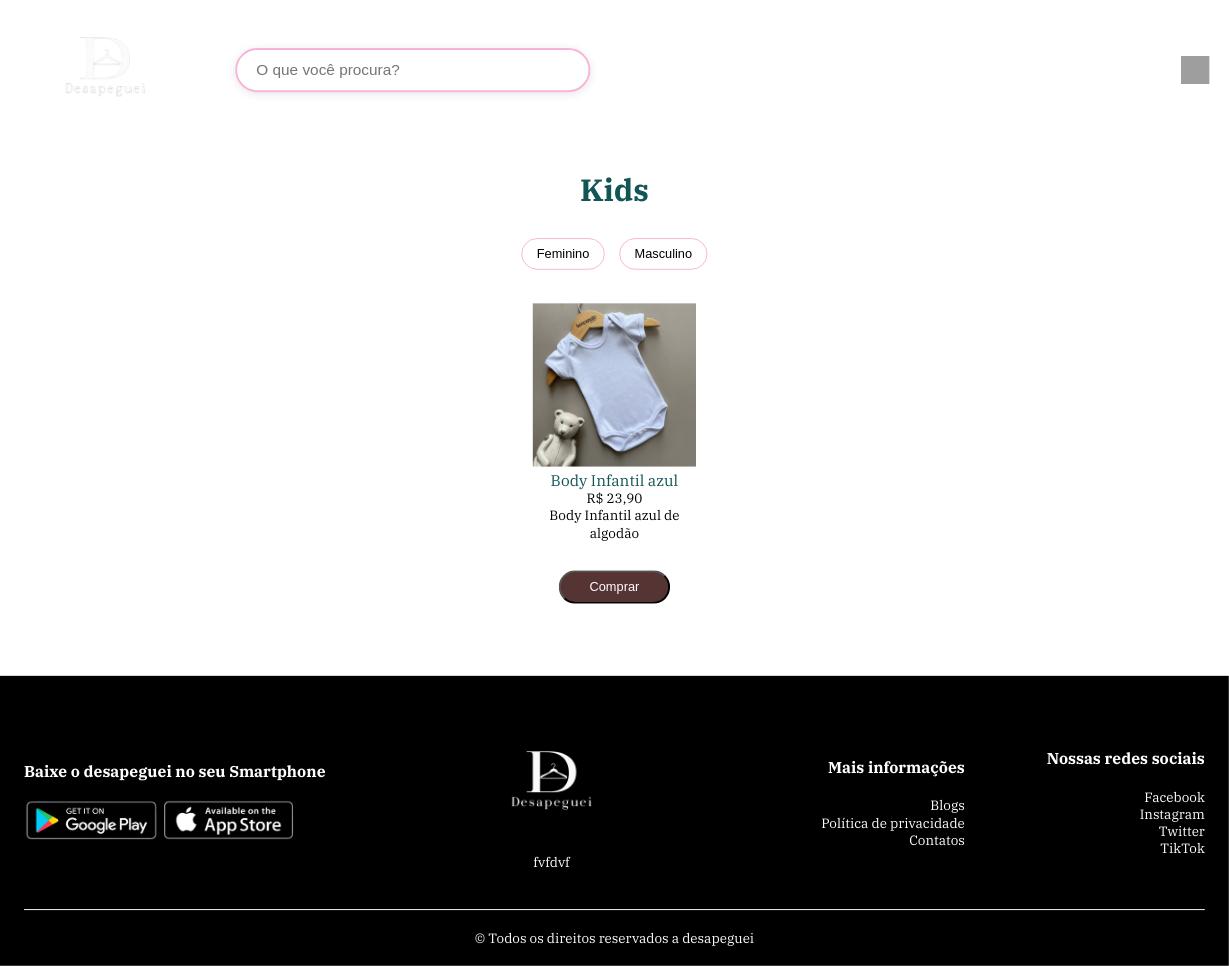
Repository: lanai-giani/Desapeguei
Page: http://localhost/desapeguei/categorias/kids.php?subcategoria=macacao
An editor plug-in stored every save of this project. The page is shown before and after the next save, followed by the edit.
The browser window is 1280 px wide. The pictures show the whole page, at 96% of full size.
Pictures or frames that could not be fetched are drawn as grey boxes. The page is run by PHP 8.4 with error messages shown; the project is at /var/www/html/. The database holds what the project's SQL file puts in it.

Above is the page before, as saved 2025-06-27 18:16:20.

### categorias/kids.php
<?php
session_start();
require_once __DIR__ . '/../php/conexao.php';

$categoria = 'kids';

$stmt = $pdo->prepare("SELECT * FROM anuncios WHERE categoria = ?");
$stmt->execute([$categoria]);
$anuncios = $stmt->fetchAll();
?>
<!DOCTYPE html>
<html lang="pt-br">
<head>
    <meta charset="UTF-8" />
    <meta name="viewport" content="width=device-width, initial-scale=1" />
    <title>Vestuário | desapeguei</title>
    <link rel="stylesheet" href="../assets/css/style.css" />
</head>
<body>

    <div class="navbar">
        <div class="logo">
            <a href="../index.php"><img src="../assets/img/logoTeste.png" alt="desapeguei" width="180"></a>
        </div>
        <form class="barra-pesquisa" action="#" method="GET">
            <input type="search" name="q" placeholder="O que você procura?">
        </form>
        <nav>
            <ul id="menuItens">
                <li><a href="../index.php">Início</a></li>
                <li><a href="#">Produtos</a></li>
                <li><a href="../php/verifica_venda.php">Vender</a></li>
                <?php if (isset($_SESSION['usuario'])): ?>
                    <li class="dropdown">
                        <a href="../php/minha_conta.php" class="dropbtn">Minha Conta</a>
                        <div class="dropdown-content">
                            <a href="../php/logout.php">Sair</a>
                        </div>
                    </li>
                <?php else: ?>
                    <li><a href="../cadastro.html">Cadastrar/Entrar</a></li>
                <?php endif; ?>
            </ul>
        </nav>
        <img src="../assets/img/carrinho (2).png" alt="Carrinho" width="30" height="30">
        <img src="../assets/img/menu.png" alt="" class="menuCelular" onclick="menuCelular()">
    </div>

    <div class="container">
        <h1 class="titulo-categoria">Kids</h1>

        <div class="filtros">
            <button class="btn-filtro">Feminino</button>
            <button class="btn-filtro">Masculino</button>
        </div>

        <div class="linha produtos-container">
            <?php if (count($anuncios) > 0): ?>
                <?php foreach ($anuncios as $anuncio): ?>
                    <div class="col-4 produto">
                        <?php
                            $imagens = explode(',', $anuncio['imagens']);
                            $imagem_principal = $imagens[0] ?? 'assets/img/placeholder.png';
                        ?>
                        <img src="../uploads/<?= htmlspecialchars($imagem_principal) ?>" alt="<?= htmlspecialchars($anuncio['titulo']) ?>">
                        <h4><?= htmlspecialchars($anuncio['titulo']) ?></h4>
                        <p>R$ <?= number_format($anuncio['preco'], 2, ',', '.') ?></p>
                        <p><?= htmlspecialchars($anuncio['descricao']) ?></p>
                        <button class="btn">Comprar</button>
                    </div>
                <?php endforeach; ?>
            <?php else: ?>
                <p>Não há anúncios nessa categoria ainda.</p>
            <?php endif; ?>
        </div>
    </div>

    <footer class="rodape">
        <div class="container">
            <div class="linha">
                <div class="rodape-col-1">
                    <h3>Baixe o desapeguei no seu Smartphone</h3>
                    <div class="app-logo">
                        <img src="../assets/img/google.png" alt="">
                        <img src="../assets/img/apple.png" alt="">
                    </div>
                </div>

                <div class="rodape-col-2">
                    <img src="../assets/img/logoTeste.png" alt="">
                    <p>fvfdvf</p>
                </div>

                <div class="rodape-col-3">
                    <h3>Mais informações</h3>
                    <ul>
                        <li>Blogs</li>
                        <li>Política de privacidade</li>
                        <li>Contatos</li>
                    </ul>
                </div>

                <div class="rodape-col-4">
                    <h3>Nossas redes sociais</h3>
                    <ul>
                        <li>Facebook</li>
                        <li>Instagram</li>
                        <li>Twitter</li>
                        <li>TikTok</li>
                    </ul>
                </div>
            </div>
            <hr>
            <p class="direitos"> &#169; Todos os direitos reservados a desapeguei </p>
        </div>
    </footer>

    <script type="module" src="https://unpkg.com/ionicons@7.1.0/dist/ionicons/ionicons.esm.js"></script>
    <script nomodule src="https://unpkg.com/ionicons@7.1.0/dist/ionicons/ionicons.js"></script>
    <script src="../assets/js/app.js"></script>

</body>
</html>

### php/conexao.php
<?php
$host = 'localhost';
$db   = 'sistema_login';
$user = 'root';
$pass = '';

try {
    $pdo = new PDO("mysql:host=$host;dbname=$db", $user, $pass);
    $pdo->setAttribute(PDO::ATTR_ERRMODE, PDO::ERRMODE_EXCEPTION);
} catch (PDOException $e) {
    die("Erro de conexão: " . $e->getMessage());
}
?>

### sistema_login.sql (the tables this page reads)
CREATE TABLE `anuncios` (
  `id` int(11) NOT NULL,
  `usuario_id` int(11) NOT NULL,
  `titulo` varchar(255) NOT NULL,
  `descricao` text NOT NULL,
  `estado` enum('novo','usado') NOT NULL,
  `categoria` varchar(50) NOT NULL,
  `preco` decimal(10,2) NOT NULL,
  `imagens` text DEFAULT NULL,
  `data_criacao` datetime DEFAULT current_timestamp(),
  `subcategoria` varchar(100) DEFAULT NULL
) ENGINE=InnoDB DEFAULT CHARSET=utf8mb4 COLLATE=utf8mb4_general_ci;

INSERT INTO `anuncios` (`id`, `usuario_id`, `titulo`, `descricao`, `estado`, `categoria`, `preco`, `imagens`, `data_criacao`, `subcategoria`) VALUES
(12, 1, 'Body Infantil azul', 'Body Infantil azul de algodão', 'novo', 'kids', 23.90, '685f0bc3989ef_body_bebe_algodao_manga_curta_gola_americana_branco_comfort_13973_1_507729b51520db4858a4d6e93a55282d_20250610141955.webp', '2025-06-27 18:23:15', 'body'),
(13, 1, 'Notebook Acer Aspire 3 ', 'Notebook Acer Aspire 3 Intel Pentium 4417U 4GB 500GB HD A315-53-P884', 'usado', 'eletronicos', 875.99, '685f0da88bdee_notebook_acer_aspire_3_intel_pentium_4417u_4gb_500gb_hd_a315_53_p884_usado_9049_1_c5a78ac9a4c78421d7d76a576e905a97.webp', '2025-06-27 18:31:20', 'notebook'),
(14, 1, 'Salto alto ', 'Salto alto preto em ótimas condições', 'usado', 'calcados', 45.99, '685f0eea4cda7_29-1_640x640+fill_ffffff.png', '2025-06-27 18:36:42', 'salto'),
(15, 1, 'Bolsa bege nova', 'nunca usada, de couro sintético', 'novo', 'bolsas', 22.50, '685f117f190b1_br-11134207-7r98o-lzexsnpqcyf5fe.jpg', '2025-06-27 18:47:43', 'carteira'),
(16, 1, 'Gloss Romand', 'Gloss Romand cor 01 Peony Ballet\r\nUsado apenas uma vez', 'usado', 'beleza', 50.00, '685f132613e08_6abc028a8b9a3a68849e77e9ef6f05d951e89f5e_original.jpeg', '2025-06-27 18:54:46', 'maquiagem'),
(18, 1, 'O corvo', 'Livro de Edgar Allan Poe', 'usado', 'livros', 20.00, '6866f11690e64_1xg.avif', '2025-07-03 18:07:34', 'terror'),
(20, 1, 'Top de alça xadrez', 'Top tamanho M', 'usado', 'vestuario', 49.99, '68677a684ed08_Design sem nome.jpg', '2025-07-04 03:53:28', 'camisa'),
(22, 1, 'Anel Life Maxi IV Vivara', 'Anel Life Maxi IV Ondas em Prata 925 com Pedras Incolores, 7.3mm\r\ntamanho 20', 'usado', 'acessorios', 219.99, '6869e3ad72444_d74cf30a-e8f3-48ae-9654-29145d4909f0.jpg', '2025-07-05 23:47:09', 'joias'),
(23, 1, 'Colar Life Colors Romanel', 'Colar Life Colors II em Prata 925 com Cristais Rosas e Roxos, 40cm', 'usado', 'acessorios', 132.99, '6869e42e5a9cf_71a98cee-86b7-41f4-8222-31badad6fbdd.jpg', '2025-07-05 23:49:18', 'colar'),
(25, 3, 'Tênis Adidas', 'Tênis Adidas Campus 00s tamanho 42', 'usado', 'calcados', 98.00, '686b5e60c5e2b_campus.jpg', '2025-07-07 02:42:56', 'tenis');

ALTER TABLE `anuncios`
  ADD PRIMARY KEY (`id`),
  ADD KEY `usuario_id` (`usuario_id`);

ALTER TABLE `anuncios`
  MODIFY `id` int(11) NOT NULL AUTO_INCREMENT, AUTO_INCREMENT=26;

ALTER TABLE `anuncios`
  ADD CONSTRAINT `anuncios_ibfk_1` FOREIGN KEY (`usuario_id`) REFERENCES `usuarios` (`id`) ON DELETE CASCADE;

Loaded but not shown: assets/js/app.js (126 lines, source omitted); assets/css/style.css (974 lines, source omitted)

After the next save:
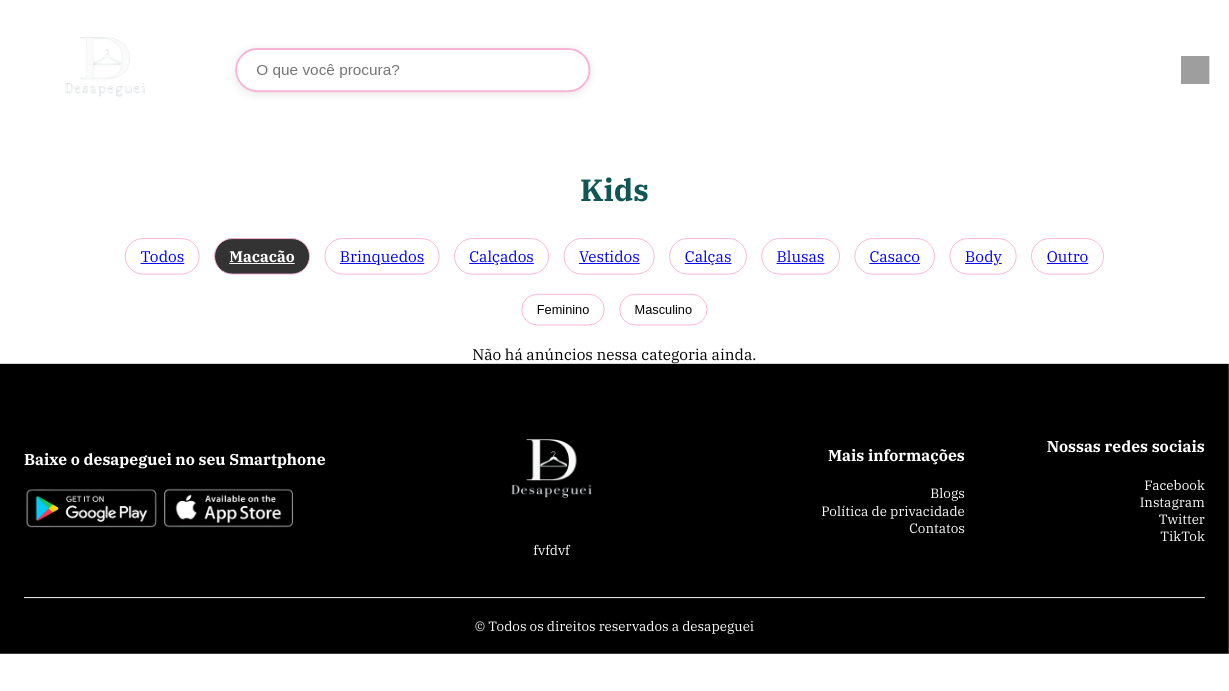
Saved 5 min 45 s later.
--- a/categorias/kids.php
+++ b/categorias/kids.php
@@ -3,9 +3,16 @@
 require_once __DIR__ . '/../php/conexao.php';
 
 $categoria = 'kids';
+$subcategoria = $_GET['subcategoria'] ?? '';
 
-$stmt = $pdo->prepare("SELECT * FROM anuncios WHERE categoria = ?");
-$stmt->execute([$categoria]);
+if ($subcategoria) {
+    $stmt = $pdo->prepare("SELECT * FROM anuncios WHERE categoria = ? AND subcategoria = ?");
+    $stmt->execute([$categoria, $subcategoria]);
+} else {
+    $stmt = $pdo->prepare("SELECT * FROM anuncios WHERE categoria = ?");
+    $stmt->execute([$categoria]);
+}
+
 $anuncios = $stmt->fetchAll();
 ?>
 <!DOCTYPE html>
@@ -48,6 +55,19 @@
 
     <div class="container">
         <h1 class="titulo-categoria">Kids</h1>
+        <div class="filtros">
+            <a href="kids.php" class="btn-filtro <?= empty($_GET['subcategoria']) ? 'ativo' : '' ?>">Todos</a>
+            <a href="kids.php?subcategoria=macacao" class="btn-filtro <?= ($_GET['subcategoria'] ?? '') === 'macacao' ? 'ativo' : '' ?>">Macacão</a>
+            <a href="kids.php?subcategoria=brinquedos" class="btn-filtro <?= ($_GET['subcategoria'] ?? '') === 'brinquedos' ? 'ativo' : '' ?>">Brinquedos</a>
+            <a href="kids.php?subcategoria=calcados_infantis" class="btn-filtro <?= ($_GET['subcategoria'] ?? '') === 'calcados_infantis' ? 'ativo' : '' ?>">Calçados</a>
+            <a href="kids.php?subcategoria=vestido" class="btn-filtro <?= ($_GET['subcategoria'] ?? '') === 'vestido' ? 'ativo' : '' ?>">Vestidos</a>
+            <a href="kids.php?subcategoria=calca" class="btn-filtro <?= ($_GET['subcategoria'] ?? '') === 'calca' ? 'ativo' : '' ?>">Calças</a>
+            <a href="kids.php?subcategoria=blusa" class="btn-filtro <?= ($_GET['subcategoria'] ?? '') === 'blusa' ? 'ativo' : '' ?>">Blusas</a>
+            <a href="kids.php?subcategoria=casaco" class="btn-filtro <?= ($_GET['subcategoria'] ?? '') === 'casaco' ? 'ativo' : '' ?>">Casaco</a>
+            <a href="kids.php?subcategoria=body" class="btn-filtro <?= ($_GET['subcategoria'] ?? '') === 'body' ? 'ativo' : '' ?>">Body</a>
+            <a href="kids.php?subcategoria=outro" class="btn-filtro <?= ($_GET['subcategoria'] ?? '') === 'outro' ? 'ativo' : '' ?>">Outro</a>
+
+        </div>
 
         <div class="filtros">
             <button class="btn-filtro">Feminino</button>
